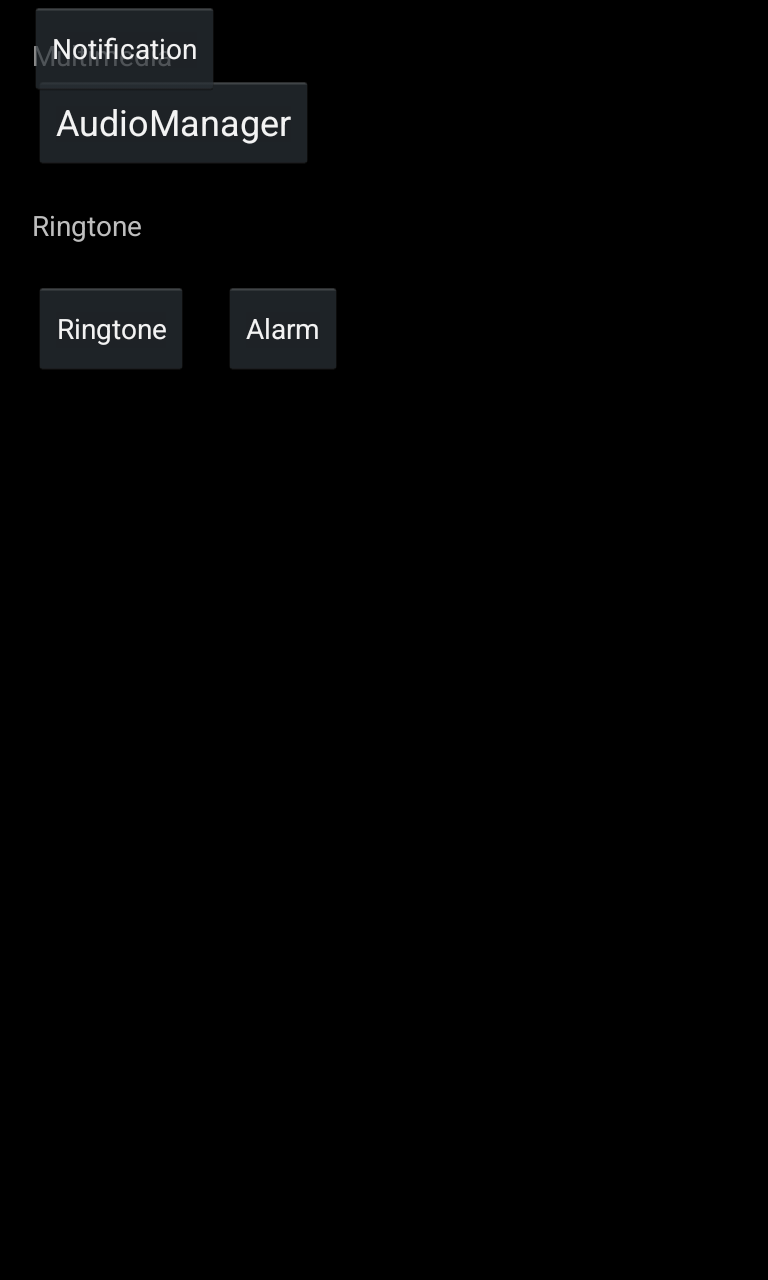
Repository: Amir13/Android_Basic_Steps
Layout: ViewElements5/res/layout/fragment_multimedia.xml
An editor plug-in stored every save of this project. The layout is shown before and after a run of saves, followed by the edit.
It is drawn on a 768 x 1280 px phone screen (xhdpi) without system bars, with theme android:Theme.Holo; the app's code is not run.

Above is the layout before, as saved 2014-06-15 05:18:02.

### ViewElements5/res/layout/fragment_multimedia.xml
<?xml version="1.0" encoding="utf-8"?>
<RelativeLayout xmlns:android="http://schemas.android.com/apk/res/android"
    android:layout_width="match_parent"
    android:layout_height="match_parent" >

    <TextView
        android:id="@+id/textView1"
        android:layout_width="wrap_content"
        android:layout_height="wrap_content"
        android:layout_alignParentLeft="true"
        android:layout_alignParentTop="true"
        android:layout_marginLeft="16dp"
        android:layout_marginTop="18dp"
        android:text="Multimedia" />

    <TextView
        android:id="@+id/textView2"
        android:layout_width="wrap_content"
        android:layout_height="wrap_content"
        android:layout_alignLeft="@+id/btnAudio"
        android:layout_below="@+id/btnAudio"
        android:layout_marginTop="18dp"
        android:text="@string/ringtone" />

    <Button
        android:id="@+id/btnRingtone"
        style="?android:attr/buttonStyleSmall"
        android:layout_width="wrap_content"
        android:layout_height="wrap_content"
        android:layout_alignLeft="@+id/textView2"
        android:layout_below="@+id/textView2"
        android:layout_marginTop="18dp"
        android:text="@string/ringtone" />

    <Button
        android:id="@+id/btnAudio"
        android:layout_width="wrap_content"
        android:layout_height="wrap_content"
        android:layout_alignLeft="@+id/textView1"
        android:layout_below="@+id/textView1"
        android:text="AudioManager" />

    <Button
        android:id="@+id/btnAlarm"
        style="?android:attr/buttonStyleSmall"
        android:layout_width="wrap_content"
        android:layout_height="wrap_content"
        android:layout_alignBaseline="@+id/btnRingtone"
        android:layout_alignBottom="@+id/btnRingtone"
        android:layout_marginLeft="16dp"
        android:layout_toRightOf="@+id/btnRingtone"
        android:text="Alarm" />

    <Button
        android:id="@+id/btnNotification"
        style="?android:attr/buttonStyleSmall"
        android:layout_width="wrap_content"
        android:layout_height="wrap_content"
        android:layout_alignTop="@+id/button1"
        android:layout_marginLeft="14dp"
        android:layout_toRightOf="@+id/button1"
        android:text="Notification" />

</RelativeLayout>

### ViewElements5/res/values/strings.xml
<?xml version="1.0" encoding="utf-8"?>
<resources>

    <string name="app_name">ViewElements5</string>
    <string name="action_settings">Settings</string>
    <string name="title_section1">Touch &amp; Gestures</string>
    <string name="title_section2">Multimedia</string>
    <string name="title_section3">Section 3</string>
    <string name="title_activity_touch">TouchActivity</string>
    <string name="title_activity_gesture">Gesture Activity</string>
    <string name="title_activity_gesture_builder">Gesture Builder Activity</string>
    <string name="title_activity_audio_manager">AudioManager Activity</string>
    <string name="hello_world">Hello world!</string>
    <string name="down_string">Down</string>
    <string name="up_string">Up</string>
    <string name="play_string">Play</string>
    <string name="ringtone">Ringtone</string>

</resources>

After the next 2 saves:
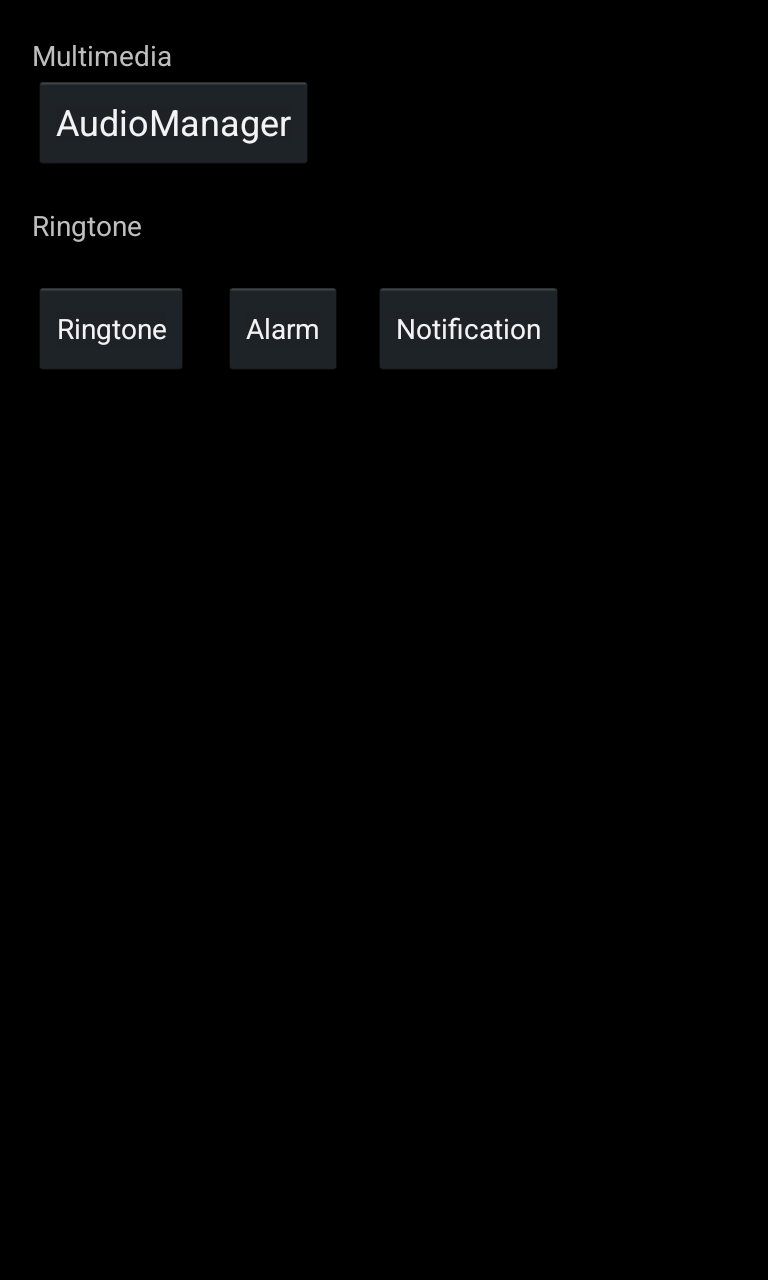
The 2 saves are shown as one change because 1 did not build or start.
The last was saved 23 s later.
--- a/ViewElements5/res/layout/fragment_multimedia.xml
+++ b/ViewElements5/res/layout/fragment_multimedia.xml
@@ -56,9 +56,9 @@
         style="?android:attr/buttonStyleSmall"
         android:layout_width="wrap_content"
         android:layout_height="wrap_content"
-        android:layout_alignTop="@+id/button1"
+        android:layout_alignTop="@+id/btnAlarm"
         android:layout_marginLeft="14dp"
-        android:layout_toRightOf="@+id/button1"
+        android:layout_toRightOf="@+id/btnAlarm"
         android:text="Notification" />
 
 </RelativeLayout>
